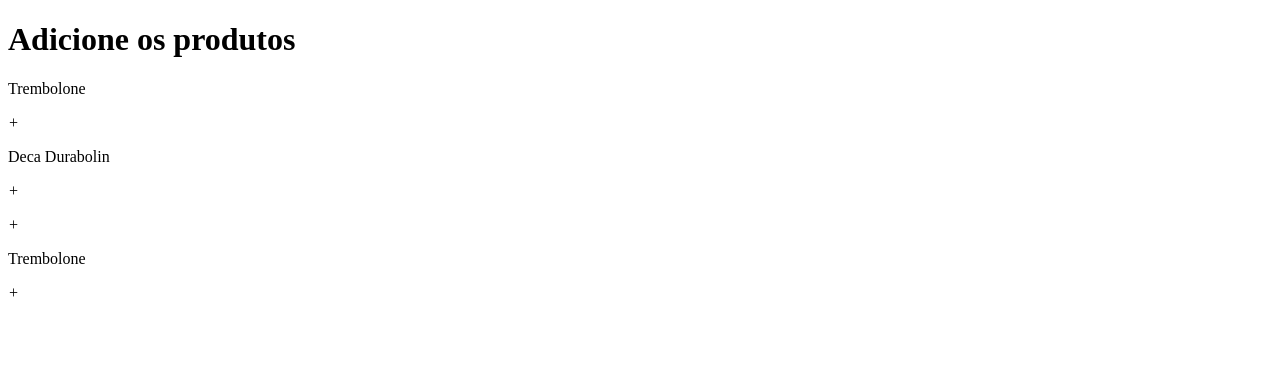
Repository: Leonngc/Lab
Page: confirm.html
The author's editor kept a copy of each file at every save. The page is drawn from the files as they stood at one save, then again after the next save.
The browser window is 1280 px wide. The pictures show the whole page.

Above is the page before, as saved 2023-01-09 00:10:44.

After the next save:
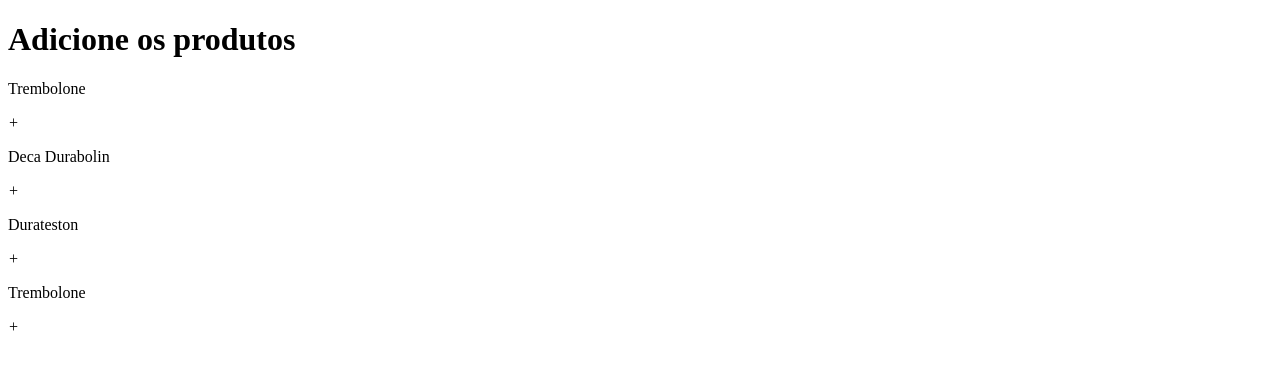
Saved 6 s later.
--- a/confirm.html
+++ b/confirm.html
@@ -14,7 +14,7 @@
 
        <p>Trembolone</p> <i class="fa-thin fa-plus"></i>
        <p>Deca Durabolin </p> <i class="fa-thin fa-plus"></i>
-       <p></p> <i class="fa-thin fa-plus"></i>
+       <p>Durateston</p> <i class="fa-thin fa-plus"></i>
        <p>Trembolone</p> <i class="fa-thin fa-plus"></i>
 
 </div>
